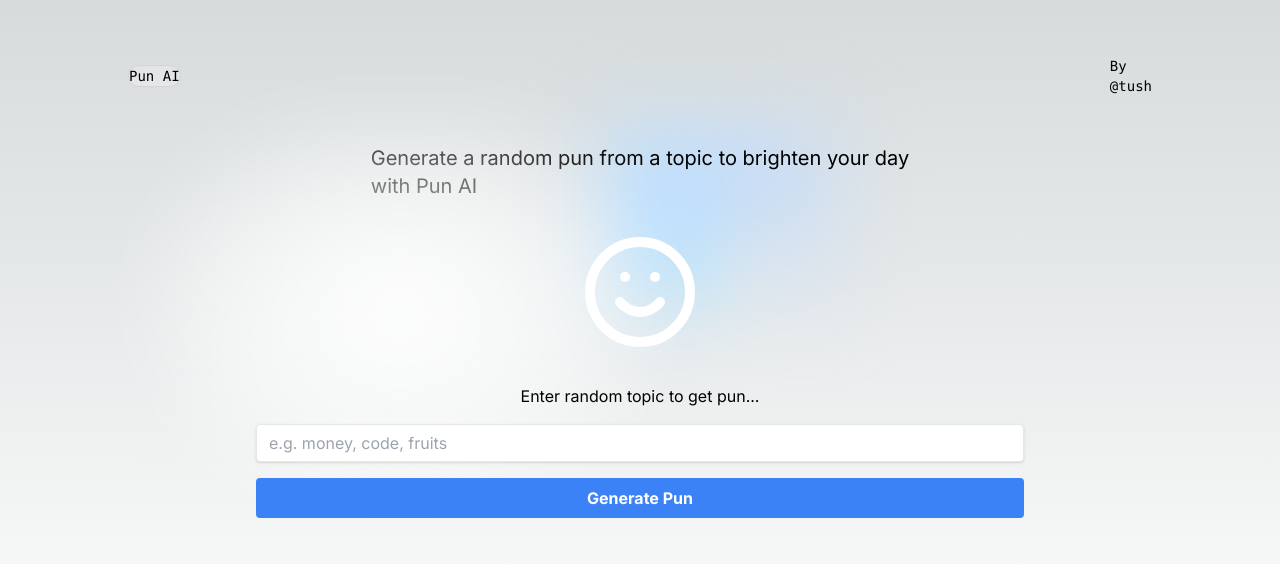
Repository: tushcmd/next-puns-ai
Page: /
An editor plug-in stored every save of this project. The page is shown before and after the next save, followed by the edit.
The browser window is 1280 px wide. The pictures show the whole page.
The project was rebuilt for these pictures with package versions that can differ from the ones it lists, and the page was loaded fresh each time. The framework's server and built-in components were replaced by stand-ins that run in the browser. Also part of the build but not shown: next.config.mjs.

Above is the page before, as saved 2024-03-07 08:57:04.

### app/page.tsx
import Image from "next/image";
import { FormEvent } from "react";



export default function Home() {
  {/* async function handleSubmit(e: FormEvent:<HTMLFormElement>) {
    return ;
  }    */}


  return (
    //Main Section
    <main className="flex min-h-screen flex-col items-center pt-6 px-24">

      {/*Nav*/}

      <div className="z-10 max-w-5xl w-full items-center justify-between py-8 font-mono text-sm flex flex-row">
        <p className="fixed left-0 top-0 flex w-full justify-center border-b border-gray-300 bg-gradient-to-b from-zinc-200 py-2 backdrop-blur-2xl dark:border-neutral-800 dark:bg-zinc-800/30 dark:from-inherit lg:static lg:w-auto  lg:rounded-xl lg:border lg:bg-gray-200 lg:p-0 lg:dark:bg-zinc-800/30">
          Pun AI
        </p>


        {/*<div>
            Dak
  </div>*/}
        <a
          className=""
          href="https://tushdev.co/"
          target="_blank"
          rel="noopener noreferrer"
        >
          By{" "}
          <p>@tush</p>
        </a>
      </div>


      <div className="relative flex flex-col place-items-center pb-8 before:absolute before:h-[300px] before:w-full sm:before:w-[480px] before:-translate-x-1/2 before:rounded-full before:bg-gradient-radial before:from-white before:to-transparent before:blur-2xl before:content-[''] after:absolute after:-z-20 after:h-[180px] after:w-full sm:after:w-[240px] after:translate-x-1/3 after:bg-gradient-conic after:from-sky-200 after:via-blue-200 after:blur-2xl after:content-[''] before:dark:bg-gradient-to-br before:dark:from-transparent before:dark:to-blue-700 before:dark:opacity-10 after:dark:from-sky-900 after:dark:via-[#0141ff] after:dark:opacity-40 before:lg:h-[360px] z-[-1]">
        <p className="p-4 lg:pb-8 text-xl">
          Generate a random pun from a topic to brighten your day <br /> with Pun AI
        </p>
        <svg
          xmlns="http://www.w3.org/2000/svg"
          width="120"
          height="120"
          viewBox="0 0 24 24"
          fill="none"
          stroke="#FFFFFF"
          stroke-width="2"
          stroke-linecap="round"
          stroke-linejoin="round"
          className="lucide lucide-smile"><circle cx="12" cy="12" r="10" /><path d="M8 14s1.5 2 4 2 4-2 4-2" /><line x1="9" x2="9.01" y1="9" y2="9" /><line x1="15" x2="15.01" y1="9" y2="9"
          />
        </svg>
      </div>

      <form className="flex flex-col justify-between mb-32 text-center lg:max-w-3xl lg:w-full lg:mb-0 lg:grid-cols-4">
        <div className='w-full mb-4'>
          <label className="block items-center justify-center mb-4" htmlFor="prompt-input">
            Enter random topic to get pun...
          </label>
          <input
            className="shadow appearance-none border rounded w-full py-2 px-3 text-gray-700 leading-tight focus:outline-none focus:shadow-outline"
            id="prompt-input"
            type="text"
            placeholder="e.g. money, code, fruits">
          </input>
        </div>
        <button
          type="submit"
          className="bg-blue-500 hover:bg-blue-700 text-white font-bold py-2 px-4 rounded focus:outline-none focus:shadow-outline"
        >
          Generate Pun
        </button>
      </form>
    </main>
  );
}

Loaded but not shown: app/layout.tsx (common file); app/globals.css (common file); tailwind.config.ts (common file)

After the next save:
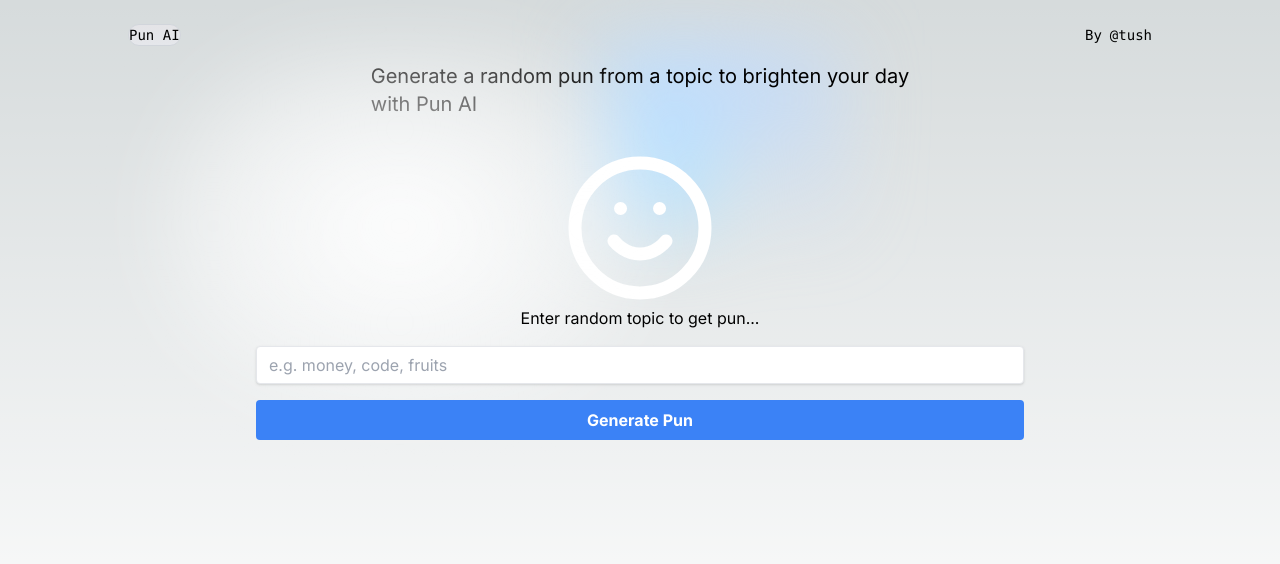
Saved 16 s later.
--- a/app/page.tsx
+++ b/app/page.tsx
@@ -4,7 +4,7 @@
 
 
 export default function Home() {
-  {/* async function handleSubmit(e: FormEvent:<HTMLFormElement>) {
+ {/* async function handleSubmit(e: FormEvent:<HTMLFormElement>) {
     return ;
   }    */}
 
@@ -15,35 +15,35 @@
 
       {/*Nav*/}
 
-      <div className="z-10 max-w-5xl w-full items-center justify-between py-8 font-mono text-sm flex flex-row">
+      <div className="z-10 max-w-5xl w-full items-center justify-between font-mono text-sm lg:flex">
         <p className="fixed left-0 top-0 flex w-full justify-center border-b border-gray-300 bg-gradient-to-b from-zinc-200 py-2 backdrop-blur-2xl dark:border-neutral-800 dark:bg-zinc-800/30 dark:from-inherit lg:static lg:w-auto  lg:rounded-xl lg:border lg:bg-gray-200 lg:p-0 lg:dark:bg-zinc-800/30">
           Pun AI
         </p>
 
-
-        {/*<div>
+        <div className="fixed bottom-0 left-0 flex h-48 w-full items-end justify-center bg-gradient-to-t from-white via-white dark:from-black dark:via-black lg:static lg:h-auto lg:w-auto lg:bg-none">
+          {/*<div>
             Dak
   </div>*/}
-        <a
-          className=""
-          href="https://tushdev.co/"
-          target="_blank"
-          rel="noopener noreferrer"
-        >
-          By{" "}
-          <p>@tush</p>
-        </a>
+          <a
+            className="pointer-events-none flex place-items-center gap-2 p-8 lg:pointer-events-auto lg:p-0"
+            href="https://tushdev.co/"
+            target="_blank"
+            rel="noopener noreferrer"
+          >
+            By{" "}
+            <p>@tush</p>
+          </a>
+        </div>
       </div>
 
-
-      <div className="relative flex flex-col place-items-center pb-8 before:absolute before:h-[300px] before:w-full sm:before:w-[480px] before:-translate-x-1/2 before:rounded-full before:bg-gradient-radial before:from-white before:to-transparent before:blur-2xl before:content-[''] after:absolute after:-z-20 after:h-[180px] after:w-full sm:after:w-[240px] after:translate-x-1/3 after:bg-gradient-conic after:from-sky-200 after:via-blue-200 after:blur-2xl after:content-[''] before:dark:bg-gradient-to-br before:dark:from-transparent before:dark:to-blue-700 before:dark:opacity-10 after:dark:from-sky-900 after:dark:via-[#0141ff] after:dark:opacity-40 before:lg:h-[360px] z-[-1]">
+      <div className="relative flex flex-col place-items-center before:absolute before:h-[300px] before:w-full sm:before:w-[480px] before:-translate-x-1/2 before:rounded-full before:bg-gradient-radial before:from-white before:to-transparent before:blur-2xl before:content-[''] after:absolute after:-z-20 after:h-[180px] after:w-full sm:after:w-[240px] after:translate-x-1/3 after:bg-gradient-conic after:from-sky-200 after:via-blue-200 after:blur-2xl after:content-[''] before:dark:bg-gradient-to-br before:dark:from-transparent before:dark:to-blue-700 before:dark:opacity-10 after:dark:from-sky-900 after:dark:via-[#0141ff] after:dark:opacity-40 before:lg:h-[360px] z-[-1]">
         <p className="p-4 lg:pb-8 text-xl">
           Generate a random pun from a topic to brighten your day <br /> with Pun AI
         </p>
         <svg
           xmlns="http://www.w3.org/2000/svg"
-          width="120"
-          height="120"
+          width="156"
+          height="156"
           viewBox="0 0 24 24"
           fill="none"
           stroke="#FFFFFF"
